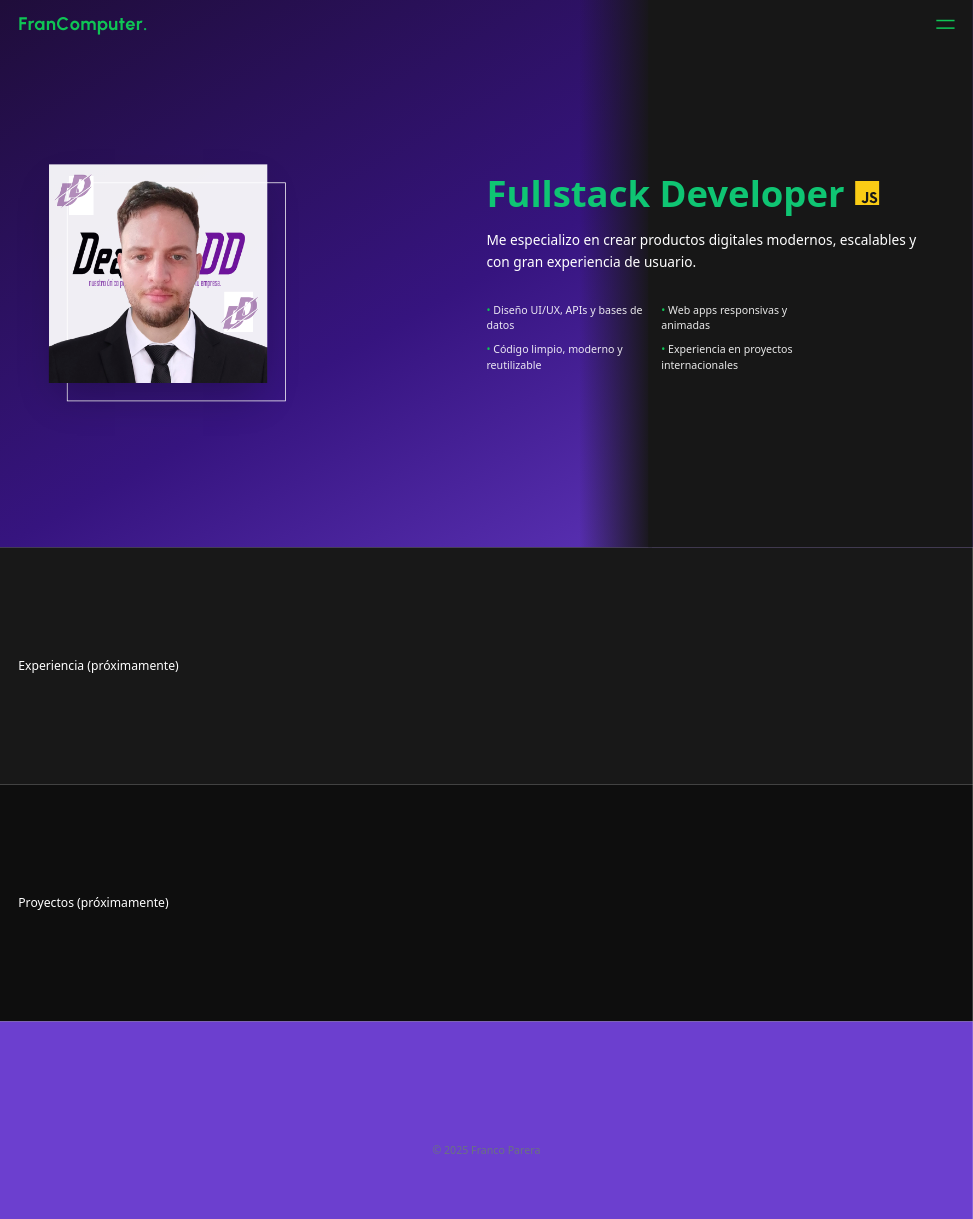
Repository: francoluca35/portfolio-franco-dev
Page: /
The author's editor kept a copy of each file at every save. The page is drawn from the files as they stood at one save, then again after the next save.
The browser window is 1280 px wide. The pictures show the whole page, at 76% of full size.
The project was rebuilt for these pictures with package versions that can differ from the ones it lists, and the page was loaded fresh each time. The framework's server and built-in components were replaced by stand-ins that run in the browser. Also part of the build but not shown: next.config.js.

Above is the page before, as saved 2025-05-06 02:30:28.

### app/layout.jsx
import Nav from "../components/Nav";
import "../styles/globals.css";
import { Outfit } from "next/font/google";

export const metadata = {
  title: "Franco Parera | Desarrollador Web Fullstack",
  description:
    "Portfolio de Franco Parera, desarrollador web especializado en React, Next.js y soluciones escalables.",
  keywords:
    "desarrollador web, portfolio, frontend, backend, next.js, react, diseño web, SEO, Buenos Aires",
  authors: [{ name: "Franco Parera" }],
  creator: "Franco Parera",
  openGraph: {
    title: "Franco Parera | Desarrollador Web",
    description:
      "Conocé mis proyectos como desarrollador web fullstack. Diseño moderno, rendimiento y SEO.",
    url: "https://tusitio.com",
    siteName: "Franco Parera | Portfolio",
    images: [
      {
        url: "https://tusitio.com/og-image.jpg",
        width: 1200,
        height: 630,
        alt: "Imagen portfolio Franco",
      },
    ],
    locale: "es_AR",
    type: "website",
  },
  twitter: {
    card: "summary_large_image",
    title: "Franco Parera | Desarrollador Web",
    description:
      "Portfolio profesional de Franco Parera con proyectos reales, experiencia y habilidades técnicas.",
    images: ["https://tusitio.com/og-image.jpg"],
  },
};
const outfit = Outfit({
  subsets: ["latin"],
  weight: ["400", "600", "700"], // Podés ajustar los pesos
});

export default function RootLayout({ children }) {
  return (
    <html lang="es">
      <head>
        <meta name="viewport" content="width=device-width, initial-scale=1" />
        <link rel="icon" href="/favicon.ico" />
      </head>
      <body className="antialiased scroll-smooth outfit.className">
        <Nav />
        <div className="pt-20">{children}</div>{" "}
      </body>
    </html>
  );
}

### app/page.jsx
import Hero from "../components/Hero";
import Experience from "../components/Experience";
import Projects from "../components/Projects";
import Footer from "../components/Footer";

export default function HomePage() {
  return (
    <main>
      <section id="inicio">
        <Hero />
      </section>

      <section id="experiencia" className="bg-[#181818] text-white py-20 px-6">
        <Experience />
      </section>

      <section id="proyectos" className="bg-[#0E0E0E] text-white py-20 px-6">
        <Projects />
      </section>

      <section id="contacto" className="bg-[#6C3FCF] text-white py-20 px-6">
        <Footer />
      </section>
    </main>
  );
}

### components/Nav.jsx
"use client";

import { useState, useEffect } from "react";
import Link from "next/link";
import { motion, AnimatePresence } from "framer-motion";
import { FaGithub, FaInstagram, FaLinkedin } from "react-icons/fa";
import AnimatedLogo from "./AnimatedLogo";

const menuItems = [
  { href: "#inicio", label: "INICIO" },
  { href: "#experiencia", label: "EXPERIENCIA" },
  { href: "#proyectos", label: "PROYECTOS" },
  { href: "#contacto", label: "CONTACTO" },
];

export default function Nav() {
  const [isOpen, setIsOpen] = useState(false);
  const [scrolled, setScrolled] = useState(false);

  useEffect(() => {
    const handleScroll = () => {
      setScrolled(window.scrollY > 10);
    };
    window.addEventListener("scroll", handleScroll);
    return () => window.removeEventListener("scroll", handleScroll);
  }, []);

  return (
    <>
      <nav
        className={`fixed w-full px-6 py-4 flex justify-between items-center z-50 transition-colors duration-300 ${
          scrolled ? "bg-[#2b06364b] shadow-lg" : "bg-transparent"
        }`}
      >
        <AnimatedLogo />

        <button onClick={() => setIsOpen(true)} className="space-y-2">
          <span className="block w-6 h-0.5 bg-[#0fc555]"></span>
          <span className="block w-6 h-0.5 bg-[#0fc555]"></span>
        </button>
      </nav>

      <AnimatePresence>
        {isOpen && (
          <motion.div
            initial={{ y: "-100vh", opacity: 0 }}
            animate={{ y: 0, opacity: 1 }}
            exit={{ y: "-100vh", opacity: 0 }}
            transition={{
              type: "spring",
              stiffness: 100,
              damping: 15,
              bounce: 0.25,
              duration: 0.8,
            }}
            className="fixed inset-0 bg-[#2c1167] text-white flex flex-col items-center justify-center text-5xl font-extrabold z-50"
          >
            <button
              onClick={() => setIsOpen(false)}
              className="absolute top-6 right-8 text-lg font-bold hover:text-black"
            >
              close
            </button>

            <ul className="space-y-8 text-center">
              {menuItems.map((item, index) => (
                <motion.li
                  key={item.href}
                  initial={{ opacity: 0, y: 30 }}
                  animate={{ opacity: 1, y: 0 }}
                  transition={{ delay: 0.3 + index * 0.15 }}
                  className="hover:text-black hover:text-6xl transition-all duration-300"
                >
                  <Link href={item.href} onClick={() => setIsOpen(false)}>
                    {item.label}
                  </Link>
                </motion.li>
              ))}
            </ul>

            <div className="text-2xl mt-16 flex gap-8">
              <a
                href="https://www.linkedin.com/in/franco-parera/"
                target="_blank"
                rel="noopener noreferrer"
                className="hover:text-[#0077B5] transition-colors duration-300"
              >
                <FaLinkedin />
              </a>
              <a
                href="https://github.com/francoluca35"
                target="_blank"
                rel="noopener noreferrer"
                className="hover:text-[#010101] transition-colors duration-300"
              >
                <FaGithub />
              </a>
              <a
                href="https://www.instagram.com/franco.dev24/"
                target="_blank"
                rel="noopener noreferrer"
                className="hover:text-[#c550ff] transition-colors duration-300"
              >
                <FaInstagram />
              </a>
            </div>
          </motion.div>
        )}
      </AnimatePresence>
    </>
  );
}

### components/Hero.jsx
"use client";
import { motion } from "framer-motion";
import Image from "next/image";
import { FaJs } from "react-icons/fa";

export default function Hero() {
  return (
    <section
      aria-label="Presentación de Franco Parera como Fullstack Developer"
      className="relative w-full min-h-screen bg-gradient-to-br from-[#1f0d3a] via-[#36147f] to-[#6C3FCF] text-white px-4 sm:px-12 py-20 -mt-20 flex items-center justify-center"
    >
      {/* Fondo negro a la derecha */}
      <div className="hidden md:block absolute top-0 right-0 w-1/3 h-full bg-[#171717] z-0" />

      {/* Difuminado entre violeta y negro */}
      <div className="hidden md:block absolute top-0 right-[33%] w-24 h-full bg-gradient-to-r from-transparent to-[#171717] z-10" />

      {/* Contenido */}
      <div className="relative z-20 max-w-6xl w-full flex flex-col md:flex-row items-center md:items-center md:justify-between gap-10">
        {/* Imagen */}
        <motion.div
          initial={{ opacity: 0, scale: 0.95 }}
          animate={{ opacity: 1, scale: 1 }}
          transition={{ duration: 0.6 }}
          className="relative flex justify-center"
        >
          <div className="absolute top-6 left-6 w-60 h-60 sm:w-72 sm:h-72 border border-white z-0" />
          <div className="relative w-60 h-60 sm:w-72 sm:h-72 shadow-2xl overflow-hidden z-10">
            <Image
              src="/assets/yo-franco.png"
              alt="Franco Parera - desarrollador fullstack"
              fill
              className="object-cover"
              priority
            />
          </div>
        </motion.div>

        {/* Texto */}
        <div className="text-center md:text-left md:w-1/2 space-y-6">
          <motion.h1
            initial={{ opacity: 0, y: 20 }}
            animate={{ opacity: 1, y: 0 }}
            transition={{ duration: 0.6 }}
            className="text-3xl sm:text-4xl md:text-5xl font-extrabold text-[#0fc573] flex justify-center md:justify-start items-center gap-3 flex-wrap"
          >
            Fullstack Developer
            <FaJs className="text-yellow-400 text-3xl md:text-4xl" />
          </motion.h1>

          <motion.p
            initial={{ opacity: 0, y: 20 }}
            animate={{ opacity: 1, y: 0 }}
            transition={{ delay: 0.2, duration: 0.6 }}
            className="text-base sm:text-lg text-white max-w-xl mx-auto md:mx-0"
          >
            Me especializo en crear productos digitales modernos, escalables y
            con gran experiencia de usuario.
          </motion.p>

          {/* Lista de habilidades */}
          <motion.div
            initial={{ opacity: 0, y: 20 }}
            animate={{ opacity: 1, y: 0 }}
            transition={{ delay: 0.3, duration: 0.6 }}
            className="grid grid-cols-1 sm:grid-cols-2 gap-3 text-sm text-white/90 max-w-md mx-auto md:mx-0 pt-4"
          >
            <p>
              <span className="text-[#0fc555]">•</span> Diseño UI/UX, APIs y
              bases de datos
            </p>
            <p>
              <span className="text-[#0fc555]">•</span> Web apps responsivas y
              animadas
            </p>
            <p>
              <span className="text-[#0fc555]">•</span> Código limpio, moderno y
              reutilizable
            </p>
            <p>
              <span className="text-[#0fc555]">•</span> Experiencia en proyectos
              internacionales
            </p>
          </motion.div>
        </div>
      </div>
    </section>
  );
}

### components/Experience.jsx
export default function Experience() { return <section className="my-16">Experiencia (próximamente)</section>; }

### components/Projects.jsx
export default function Projects() { return <section className="my-16">Proyectos (próximamente)</section>; }

### components/Footer.jsx
export default function Footer() { return <footer className="mt-20 text-center text-sm text-gray-500">© 2025 Franco Parera</footer>; }

### components/AnimatedLogo.jsx
"use client";
import { useState, useEffect } from "react";
import { Outfit, Urbanist } from "next/font/google";
const outfit = Urbanist({
  subsets: ["latin"],
  weight: ["400", "700"],
});
export default function AnimatedLogo() {
  const leftFull = "Fran";
  const rightFull = "Computer";
  const base = "FC";

  const [left, setLeft] = useState("");
  const [right, setRight] = useState("");
  const [phase, setPhase] = useState("expand");
  const [step, setStep] = useState(0);

  useEffect(() => {
    let interval;

    if (phase === "expand") {
      interval = setInterval(() => {
        setLeft((prev) => {
          if (prev.length < leftFull.length - 1) {
            return leftFull.slice(1, prev.length + 2);
          }
          return prev;
        });

        setRight((prev) => {
          if (prev.length < rightFull.length - 1) {
            return rightFull.slice(1, prev.length + 2);
          }
          return prev;
        });

        setStep((prev) => {
          const next = prev + 1;
          if (next >= Math.max(leftFull.length - 1, rightFull.length - 1)) {
            clearInterval(interval);
            setTimeout(() => setPhase("pause"), 1200);
          }
          return next;
        });
      }, 100);
    }

    if (phase === "contract") {
      interval = setInterval(() => {
        setLeft((prev) => prev.slice(0, -1));
        setRight((prev) => prev.slice(0, -1));
        setStep((prev) => {
          const next = prev - 1;
          if (next <= 0) {
            clearInterval(interval);
            setTimeout(() => setPhase("expand"), 1000);
          }
          return next;
        });
      }, 60);
    }

    if (phase === "pause") {
      setTimeout(() => {
        setPhase("contract");
      }, 800);
    }

    return () => clearInterval(interval);
  }, [phase]);

  return (
    <h1
      className={`text-2xl font-bold text-[#0fc555] tracking-wide ${outfit.className}`}
    >
      F<span className="inline-block">{left}</span>C
      <span className="inline-block">{right}</span>
      <span className="text-[#0fc555] animate-pulse">.</span>
    </h1>
  );
}

### tailwind.config.js
/** @type {import('tailwindcss').Config} */
module.exports = {
  content: [
    "./app/**/*.{js,ts,jsx,tsx}",
    "./components/**/*.{js,ts,jsx,tsx}",
  ],
  darkMode: 'class',
  theme: {
    extend: {},
  },
  plugins: [],
}

Loaded but not shown: styles/globals.css (common file)

After the next save:
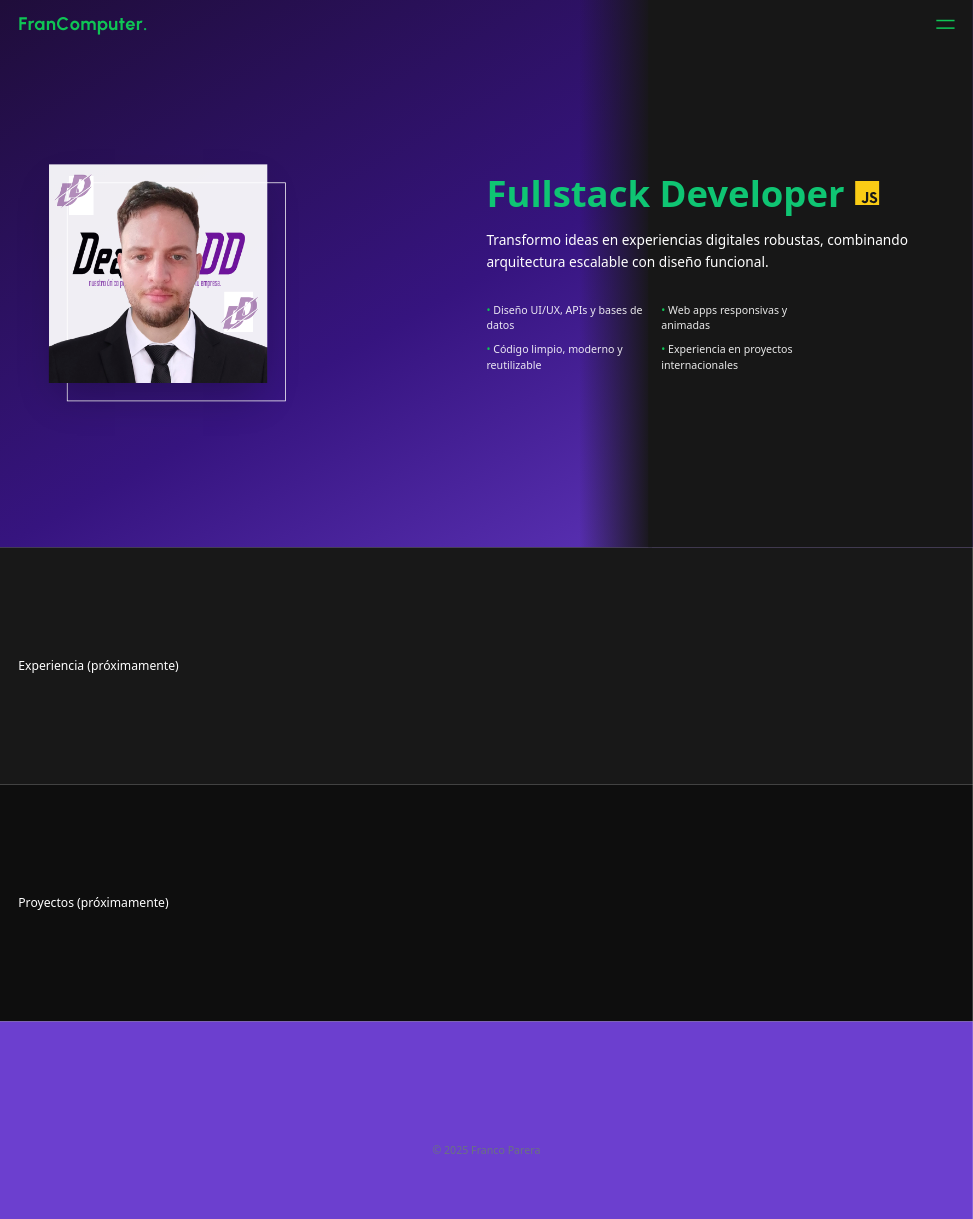
Saved 6 min 8 s later.
--- a/components/Hero.jsx
+++ b/components/Hero.jsx
@@ -54,8 +54,8 @@ export default function Hero() {
             transition={{ delay: 0.2, duration: 0.6 }}
             className="text-base sm:text-lg text-white max-w-xl mx-auto md:mx-0"
           >
-            Me especializo en crear productos digitales modernos, escalables y
-            con gran experiencia de usuario.
+            Transformo ideas en experiencias digitales robustas, combinando
+            arquitectura escalable con diseño funcional.
           </motion.p>
 
           {/* Lista de habilidades */}
